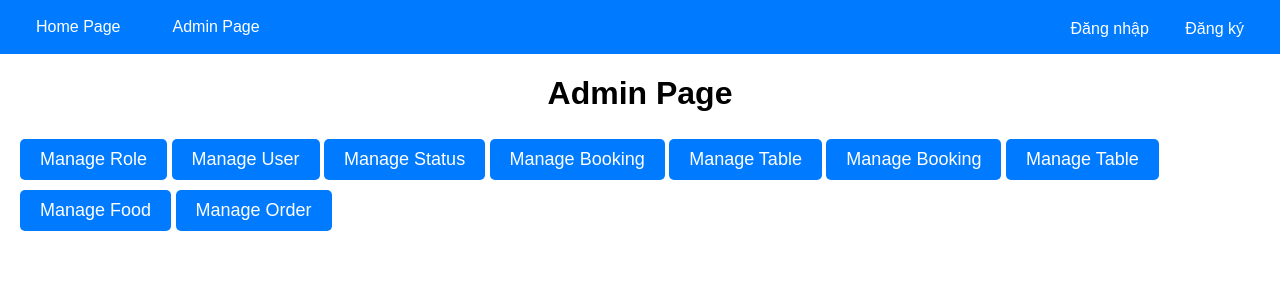
Repository: Loc2804/LTM
Page: http://localhost/RestaurantProject/WelcomeAdmin.jsp
The author's editor kept a copy of each file at every save. The page is drawn from the files as they stood at one save, then again after the next save.
The browser window is 1280 px wide. The pictures show the whole page.
The page is served by Tomcat 10. Other server files are loaded and not shown.

Above is the page before, as saved 2024-12-15 09:01:35.

### RestaurantProject/src/main/webapp/WelcomeAdmin.jsp
<%@page import="Model.BEAN.User"%>
<%@ page language="java" contentType="text/html; charset=UTF-8"
    pageEncoding="UTF-8"%>
<!DOCTYPE html>
<html>
<head>
<meta charset="UTF-8">
<title>Admin Page</title>
<style>
    body {
        font-family: Arial, sans-serif;
        margin: 0;
        padding: 0;
    }
    h1{
    	text-align: center;
    }
    .navbar {
        background-color: #007BFF; /* Màu xanh chủ đạo */
        overflow: hidden;
        display: flex;
        justify-content: space-between;
        padding: 10px 20px;
    }
    .navbar a {
        color: white;
        text-decoration: none;
        padding: 8px 16px;
        font-size: 16px;
    }
    .navbar a:hover {
        background-color: #0056b3; /* Màu xanh đậm hơn khi hover */
        border-radius: 4px;
    }
    .links {
        display: flex;
        gap: 20px;
    }
    .content {
        margin: 20px;
    }
    .content a {
        display: inline-block;
        background-color: #007BFF; /* Màu nền xanh chủ đạo */
        color: white;
        text-decoration: none;
        padding: 10px 20px;
        border-radius: 5px;
        margin: 5px 0;
        font-size: 18px;
    }
    .content a:hover {
        background-color: #0056b3; /* Màu nền xanh đậm hơn khi hover */
    }
    .btn-logout {
        background-color: #007BFF; /* Màu nền xanh chủ đạo */
        color: white; /* Màu chữ */
        text-decoration: none;
        padding: 10px 20px; /* Khoảng cách bên trong */
        border: none; /* Bỏ viền */
        border-radius: 5px; /* Bo góc */
        font-size: 18px; /* Kích thước chữ */
        cursor: pointer; /* Thay đổi con trỏ khi hover */
    }

    .btn-logout:hover {
        background-color: #0056b3; /* Màu nền xanh đậm hơn khi hover */
    }

    .btn-logout:focus {
        outline: none; /* Bỏ viền focus mặc định */
    }
    .group-btn{
    	margin-top:10px;
    }
    .welcome-user{
    	display: flex;
    	gap:20px;
    }
    .welcome-user span{
	color: white;
	margin-top:7px;
	font-size: 20px;
}

</style>
</head>
<body>
    <div class="navbar">
        <div class="links">
            <a href="WelcomeUser.jsp">Home Page</a>
            <a href="WelcomeAdmin.jsp">Admin Page</a>
        </div>
        <%
        	User user = (User) session.getAttribute("user");
        	if(user == null || user.getRole() == null){
        %>
        <div class="group-btn">
            <a href="Login.jsp">Đăng nhập</a>
            <a href="Register.jsp">Đăng ký</a>
        </div>
        <% }
        	else{
        %>
        <form action="AuthController" method="post">
        	<div class="welcome-user">
	        		<span>Xin chào, <%=user.getFullName() %></span>
	            	<button class="btn-logout" type="submit">Đăng xuất</button>
	            	<input  type="hidden" value="logout" name="action">
	        </div>
        </form>
        <%
        	}
        %>
    </div>

      <div class="content">
       	<h1>Admin Page</h1>
       	<a href="ManageRole.jsp">Manage Role</a>
       	<a href="ManageUser.jsp">Manage User</a>
       	<a href="ManageStatus.jsp">Manage Status</a>
       	<a href="Index_booking.jsp">Manage Booking</a>
       	<a href="Index_Tables.jsp">Manage Table</a>
       	<a href="Index_booking.jsp">Manage Booking</a>
       	<a href="Index_Tables.jsp">Manage Table</a>
       	<a href="FoodController?action=manager">Manage Food</a>
		<a href="OrderController?action=manager">Manage Order</a>
   	</div>




</body>
</html>

After the next save:
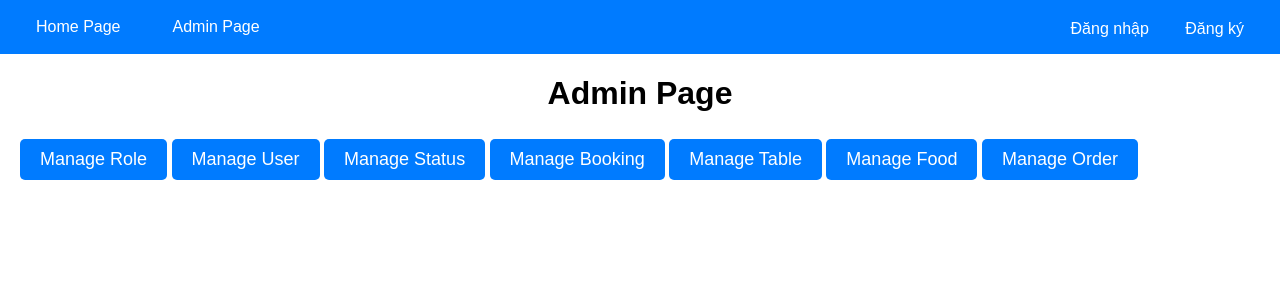
Saved 96 s later.
--- a/RestaurantProject/src/main/webapp/WelcomeAdmin.jsp
+++ b/RestaurantProject/src/main/webapp/WelcomeAdmin.jsp
@@ -121,8 +121,6 @@
        	<a href="ManageStatus.jsp">Manage Status</a>
        	<a href="Index_booking.jsp">Manage Booking</a>
        	<a href="Index_Tables.jsp">Manage Table</a>
-       	<a href="Index_booking.jsp">Manage Booking</a>
-       	<a href="Index_Tables.jsp">Manage Table</a>
        	<a href="FoodController?action=manager">Manage Food</a>
 		<a href="OrderController?action=manager">Manage Order</a>
    	</div>
